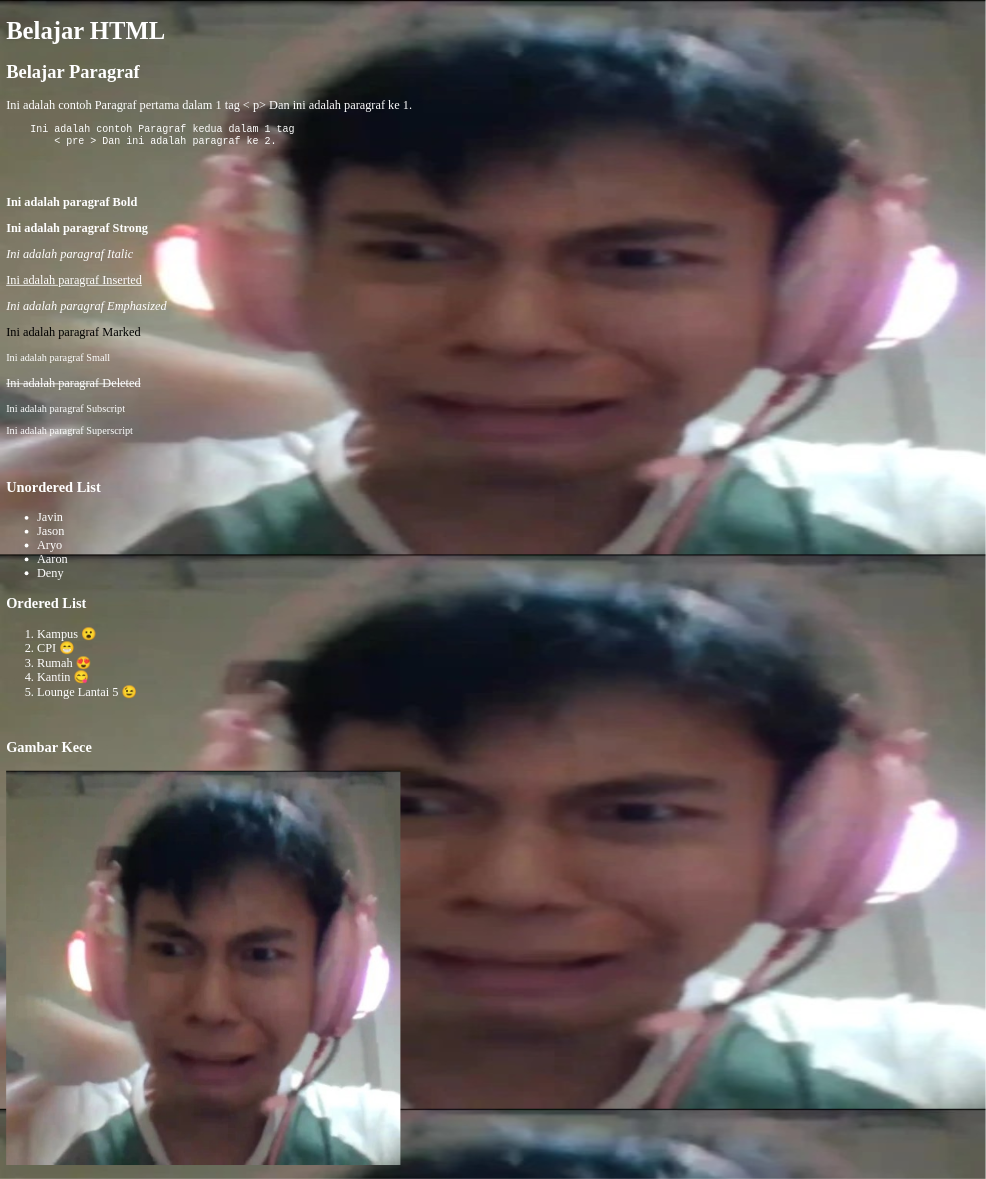
Repository: Gibekkk/WebPro
Page: Tugas HTML 1/index.html
The author's editor kept a copy of each file at every save. The page is drawn from the files as they stood at one save, then again after a run of saves.
The browser window is 1280 px wide. The pictures show the whole page, at 77% of full size.
Backgrounds fixed to the window are drawn as part of the page.

Above is the page before, as saved 2024-03-25 10:29:05.

### Tugas HTML 1/index.html
<!DOCTYPE html>
<html lang="en">

<head>
    <meta charset="UTF-8">
    <meta name="viewport" content="width=device-width, initial-scale=1.0">
    <title>Document</title>
</head>

<body style="background-image: url(javin.jpg); background-repeat: no-repeat; background-size: 100%; background-attachment: fixed; color: white">
    <h1>Belajar HTML</h1>
    <h2>Belajar Paragraf</h2>
    <p>Ini adalah contoh Paragraf pertama dalam 1 tag
        < p> Dan ini adalah paragraf ke 1.</p>
    <pre>
    Ini adalah contoh Paragraf kedua dalam 1 tag
        < pre > Dan ini adalah paragraf ke 2.
    </pre>
    <br>

    <b>
        <p>Ini adalah paragraf Bold</p>
    </b>
    <strong>
    <p>Ini adalah paragraf Strong</p>
    </strong>
    <i>
    <p>Ini adalah paragraf Italic</p>
    </i>
    <ins>
    <p>Ini adalah paragraf Inserted</p>
    </ins>
    <em>
    <p>Ini adalah paragraf Emphasized</p>
    </em>
    <mark>
        <p>Ini adalah paragraf Marked</p>
    </mark>
    <small>
        <p>Ini adalah paragraf Small</p>
    </small>
    <del>
        <p>Ini adalah paragraf Deleted</p>
    </del>
    <sub>
        <p>Ini adalah paragraf Subscript</p>
    </sub>
    <sup>
        <p>Ini adalah paragraf Superscript</p>
    </sup>
    <br>

    <h3>Unordered List</h3>
    <ul>
        <li>Javin</li>
        <li>Jason</li>
        <li>Aryo</li>
        <li>Aaron</li>
        <li>Deny</li>
    </ul>

    <h3>Ordered List</h3>
    <ol>
        <li>Kampus 😮</li>
        <li>CPI 😁</li>
        <li>Rumah 😍</li>
        <li>Kantin 😋</li>
        <li>Lounge Lantai 5 😉</li>
    </ol>
    <br>
    <h3>Gambar Kece</h3>
    <img src="javin.jpg" alt="Javin" title="Javin">
    <br>
    <table>
        <tr>
            <td></td>
        </tr>
    </table>
</body>

</html>

After the next 2 saves:
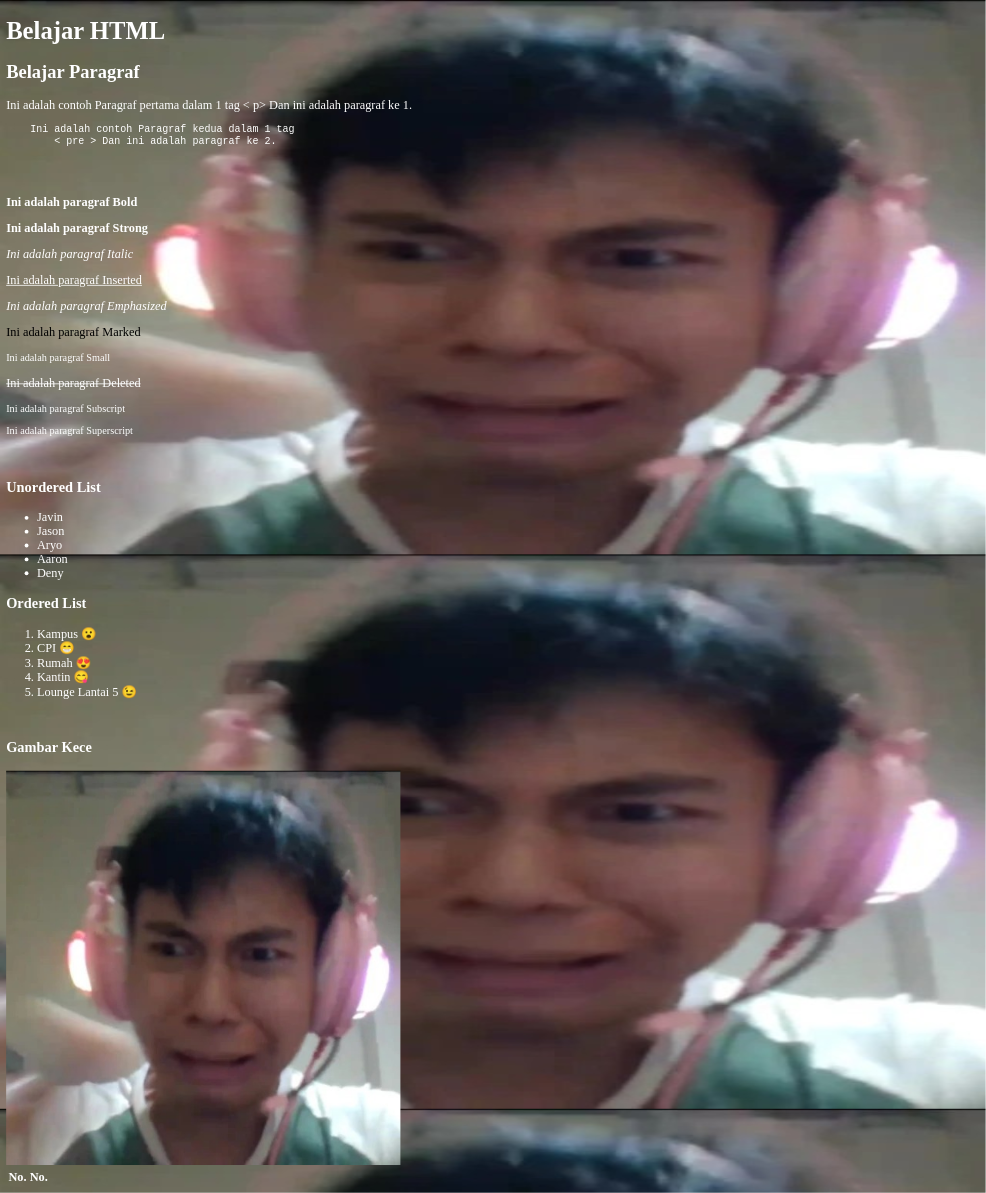
The 2 saves are shown as one change because they came seconds apart.
The last was saved 10 s later.
--- a/Tugas HTML 1/index.html
+++ b/Tugas HTML 1/index.html
@@ -73,7 +73,8 @@
     <br>
     <table>
         <tr>
-            <td></td>
+            <th>No.</th>
+            <th>No.</th>
         </tr>
     </table>
 </body>
